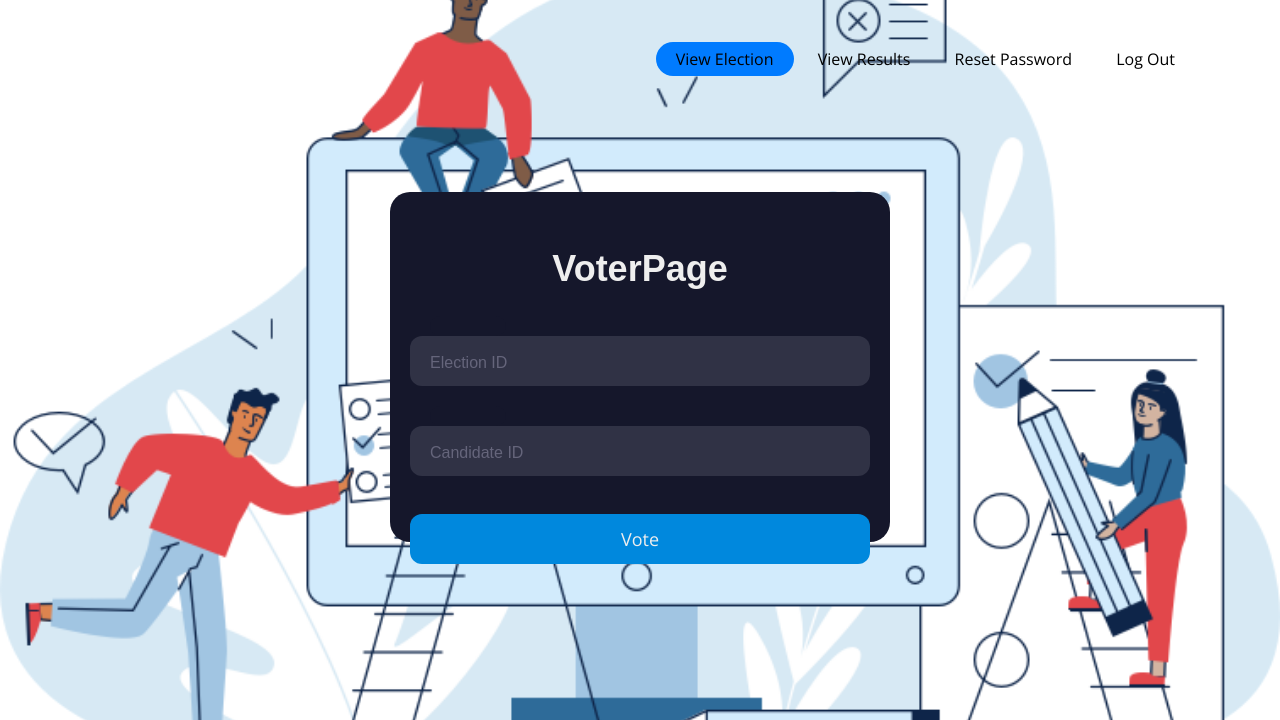
Repository: CS699-IITB-Autumn-2021/project-alpha_team
Page: http://localhost/Voting.html
The author's editor kept a copy of each file at every save. The page is drawn from the files as they stood at one save, then again after the next save.
The browser window is 1280 px wide. The pictures show the whole page.
The page is served by the project's application, run on Flask 3 (app.py).

Above is the page before, as saved 2021-10-27 02:51:06.

After the next save:
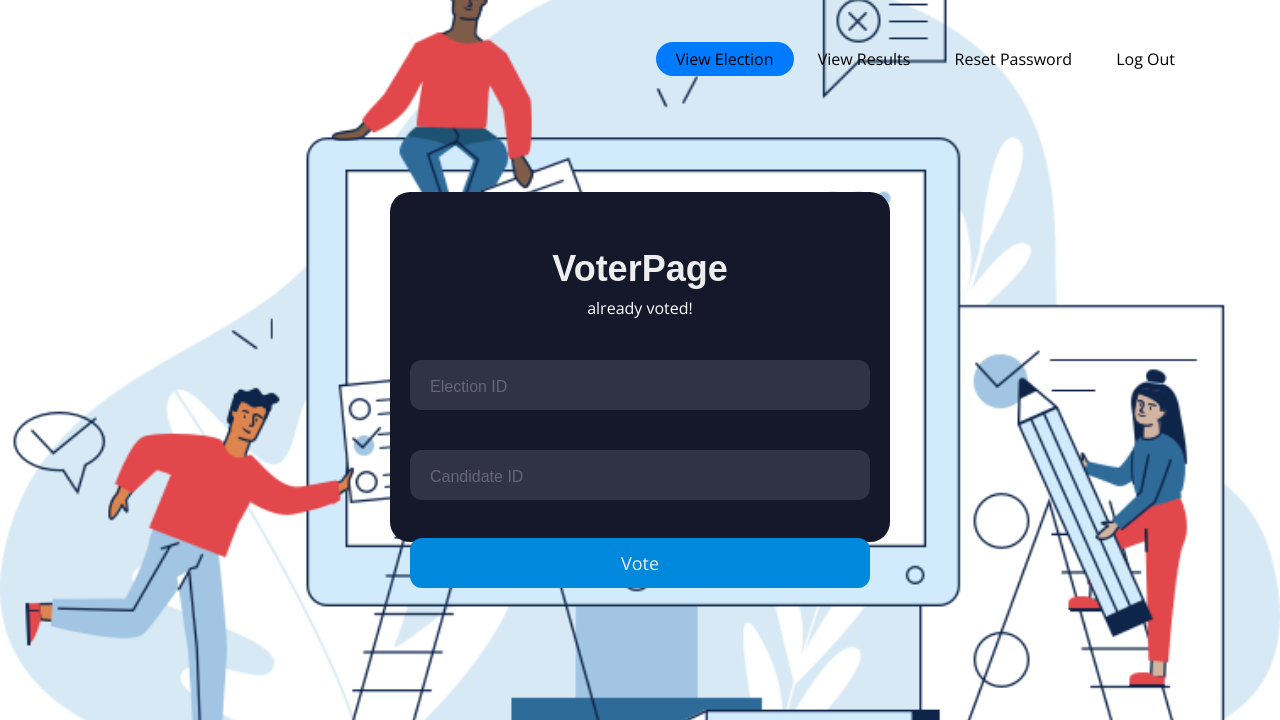
Saved 5 min 36 s later.
--- a/IVote/templates/Voting.html
+++ b/IVote/templates/Voting.html
@@ -66,7 +66,11 @@
   <div class="position" align="center">
     <div class="form1">
       <div class="title">VoterPage</div>
-
+      <div class = "message">
+        {% if msg %}
+        {{msg}}
+        {% endif %}
+      </div>
       <form action="Voting.html" method="POST">
         <div class="input-container ic1">
           <input id="id" class="input" name="id" type="number" min="0" placeholder=" " />
